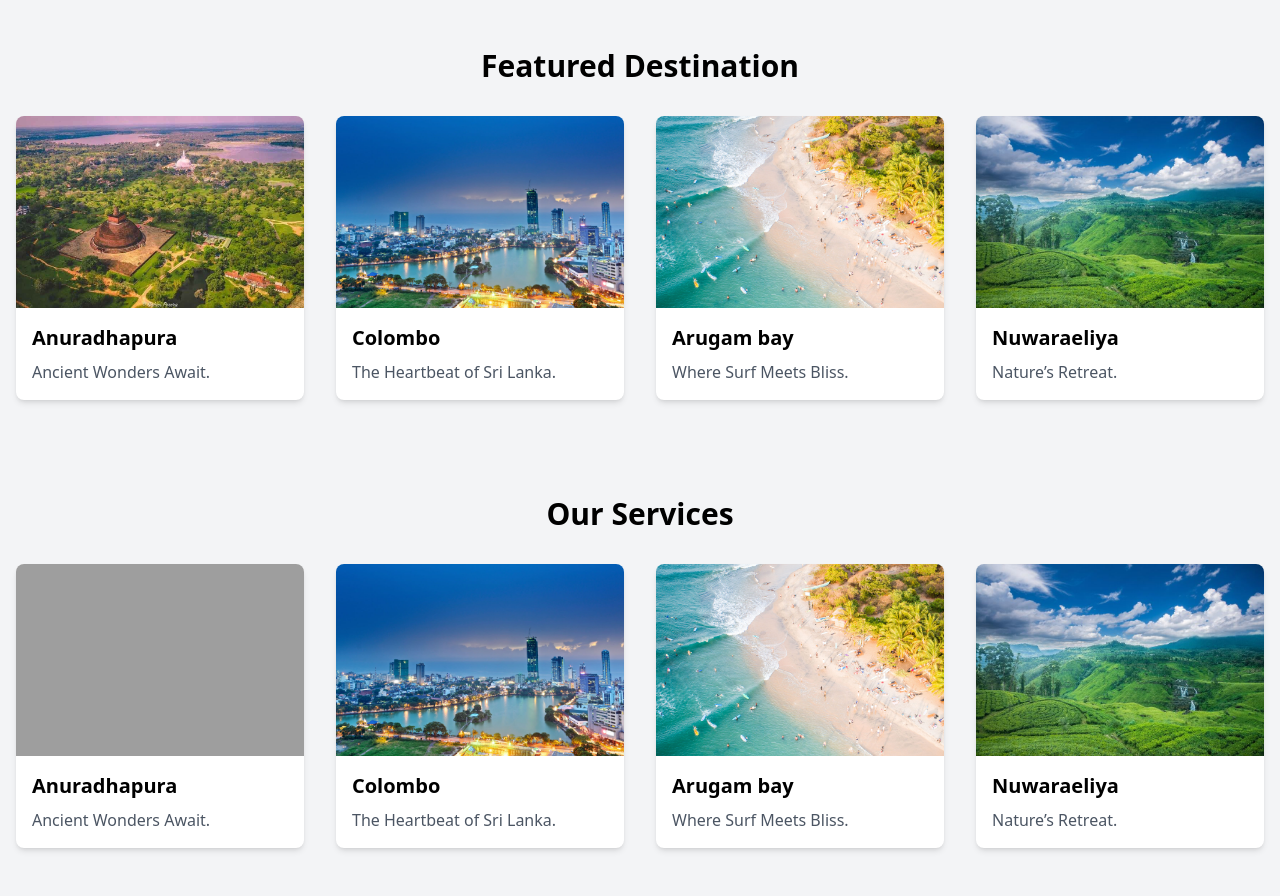
Repository: thisara199/Travel-Agency-Website
Page: /
An editor plug-in stored every save of this project. The page is shown before and after the next save, followed by the edit.
The browser window is 1280 px wide. The pictures show the part of the page from y = 720 to 1616 px (the page is 1616 px tall).
Pictures or frames that could not be fetched are drawn as grey boxes. The project was rebuilt for these pictures with package versions that can differ from the ones it lists, and the page was loaded fresh each time. Also part of the build but not shown: vite.config.js.

Above is the page before, as saved 2024-09-04 05:21:13.

### index.html
<!doctype html>
<html lang="en">
  <head>
    <meta charset="UTF-8" />
    <link rel="icon" type="image/svg+xml" href="/public/favicon-32x32.png" />
    <meta name="viewport" content="width=device-width, initial-scale=1.0" />
    <title>Travel Agency</title>
  </head>
  <body>
    <div id="root"></div>
    <script type="module" src="/src/main.jsx"></script>
  </body>
</html>

### src/App.jsx
import { BrowserRouter, Routes, Route } from 'react-router-dom'
import Home from './pages/Home'
import Navbar from './components/Navbar/Navbar'
const App = () => {
  return (
    <BrowserRouter>
    <Navbar />
       <Routes>
        <Route path='/' element={<Home />} />
       </Routes>
    </BrowserRouter>
  )
}

export default App

### src/pages/Home.jsx
import HeroSection from "../components/HeroSection/HeroSection"
import FeaturedDestination from "../components/FeaturedDestination/FeaturedDestination"
import Services from "../components/Services/Services"

const Home = () => {
  return (
    <div>
      <HeroSection />
      <FeaturedDestination />
      <Services />
    </div>
  )
}

export default Home

### src/components/Navbar/Navbar.jsx
import { FaBars, FaTimes } from "react-icons/fa"
import { Link } from "react-router-dom"
import { useState } from "react"


const Navbar = () => {
  const [isOpen, setIsOpen] = useState(false)
  return (
    <nav className="fixed top-0 left-0 right-0 z-10 m-4 bg-white shadow-lg">
      <div className="container flex items-center justify-between h-16 px-4">
        <h3 className="text-2xl font-bold">TravelCeylon.</h3>
        <div className="items-center hidden space-x-4 text-sm font-bold md:flex ">
          <Link to="/" className="px-6 py-2 hover:bg-gray-600 hover:text-white">Home</Link>
          <Link to="/about" className="px-6 py-2 hover:bg-gray-600 hover:text-white">About</Link>
          <Link to="/gallery" className="px-6 py-2 hover:bg-gray-600 hover:text-white">Gallery</Link>
          <Link to="/about" className="px-6 py-2 hover:bg-gray-600 hover:text-white">About</Link>
          <button className="px-6 py-2 text-white bg-gray-600 border rounded-full hover:scale-105 hover:bg-gray-500">Login</button>
        </div>
        <div className="md:hidden">
          <button onClick={() => setIsOpen(!isOpen)}>
            {isOpen ? <FaTimes /> : <FaBars />}
          </button>
        </div>
      </div>
      <div>
        {isOpen && (
           <div className="flex flex-col items-center pb-10 space-y-6 font-bold bg-white md:hidden">
           <Link to="/" className="px-6 py-2 hover:bg-gray-600 hover:text-white">Home</Link>
           <Link to="/about" className="px-6 py-2 hover:bg-gray-600 hover:text-white">About</Link>
           <Link to="/gallery" className="px-6 py-2 hover:bg-gray-600 hover:text-white">Gallery</Link>
           <Link to="/about" className="px-6 py-2 hover:bg-gray-600 hover:text-white">About</Link>
           <button className="px-6 py-2 text-white bg-gray-600 border rounded-full hover:scale-105 hover:bg-gray-500">Login</button>
         </div>
        )}
      </div>
    </nav>
  )
}

export default Navbar

### src/components/HeroSection/HeroSection.jsx
import Banner from "../../assets/HeroSection/Banner.png";

const HeroSection = () => {
  return (
    <div className="relative h-screen bg-center bg-cover" style={{ backgroundImage: `url(${Banner})` }}>
      <div className="absolute inset-0 flex flex-col items-center justify-center bg-black bg-opacity-50">
        <h1 className="justify-between mb-4 text-4xl font-bold text-center text-white md:text-6xl lg:text-8xl">Explore the Ceylon with Us</h1>
        <p className="mb-10 text-lg text-white md:text-2xl xl:text-4xl">Discover amazing places at exclusive deals</p>
        <button className="px-6 py-2 text-lg text-white transition duration-300 transform border rounded-full md:text-xl hover:bg-blue-500 hover:scale-105">Get Started</button>
      </div>
    </div>
  );
}

export default HeroSection;

### src/components/FeaturedDestination/FeaturedDestination.jsx
import Img1 from '../../assets/FeaturedDestination/Anuradhapura.jpg'
import Img2 from '../../assets/FeaturedDestination/Colombo.jpg'
import Img3 from '../../assets/FeaturedDestination/arugambay.jpg'
import Img4 from '../../assets/FeaturedDestination/Nuwaraeliya.jpeg'


const Destination = [
  {
    image: Img1,
    title: 'Anuradhapura',
    description: 'Ancient Wonders Await.',
  },
  {
    image: Img2,
    title: 'Colombo',
    description: 'The Heartbeat of Sri Lanka.',
  },
  {
    image: Img3,
    title: 'Arugam bay',
    description: 'Where Surf Meets Bliss.',
  },
  {
    image: Img4,
    title: 'Nuwaraeliya',
    description: 'Nature’s Retreat.',
  },
]

const FeaturedDestination = () => {
  return (
    <div className='py-12 bg-gray-100'>
      <div className='container px-4 mx-auto'>
        <h2 className='mb-8 text-3xl font-bold text-center'>Featured Destination</h2>
        <div className='grid gap-8 sm:grid-cols-2 lg:grid-cols-3 xl:grid-cols-4'>
          {Destination.map((destination) => (
            <div key={destination.title} className='overflow-hidden bg-white rounded-lg shadow-md cursor-pointer'>
              <img src={destination.image} alt={destination.title} className='object-cover w-full h-48 transition duration-300 transform hover:scale-110'/>
              <div className='p-4'>
              <h3 className='mb-2 text-xl font-bold'>{destination.title}</h3>
              <p className='text-gray-600'>{destination.description}</p>
              </div>
            </div>
          ))}
        </div>
      </div>
    </div>
  )
}

export default FeaturedDestination

### src/components/Services/Services.jsx
import Img1 from '../../assets/FeaturedDestination/Anuradhapura.jpg'
import Img2 from '../../assets/FeaturedDestination/Colombo.jpg'
import Img3 from '../../assets/FeaturedDestination/arugambay.jpg'
import Img4 from '../../assets/FeaturedDestination/Nuwaraeliya.jpeg'
import { FaPlane } from 'react-icons/fa'


const OurServices = [
  {
    icon: <FaPlane className='text-4xl text-blue-500' />,
    title: 'Anuradhapura',
    description: 'Ancient Wonders Await.',
  },
  {
    icon: Img2,
    title: 'Colombo',
    description: 'The Heartbeat of Sri Lanka.',
  },
  {
    icon: Img3,
    title: 'Arugam bay',
    description: 'Where Surf Meets Bliss.',
  },
  {
    icon: Img4,
    title: 'Nuwaraeliya',
    description: 'Nature’s Retreat.',
  },
]

const Services = () => {
  return (
    <div className='py-12 bg-gray-100'>
      <div className='container px-4 mx-auto'>
        <h2 className='mb-8 text-3xl font-bold text-center'>Our Services</h2>
        <div className='grid gap-8 sm:grid-cols-2 lg:grid-cols-3 xl:grid-cols-4'>
          {OurServices.map((OurServices) => (
            <div key={OurServices.title} className='overflow-hidden bg-white rounded-lg shadow-md cursor-pointer'>
              <img src={OurServices.icon} alt={OurServices.title} className='object-cover w-full h-48 transition duration-300 transform hover:scale-110'/>
              <div className='p-4'>
              <h3 className='mb-2 text-xl font-bold'>{OurServices.title}</h3>
              <p className='text-gray-600'>{OurServices.description}</p>
              </div>
            </div>
          ))}
        </div>
      </div>
    </div>
  )
}

export default Services

Loaded but not shown: src/main.jsx (common file); src/index.css (common file); tailwind.config.js (common file)

After the next save:
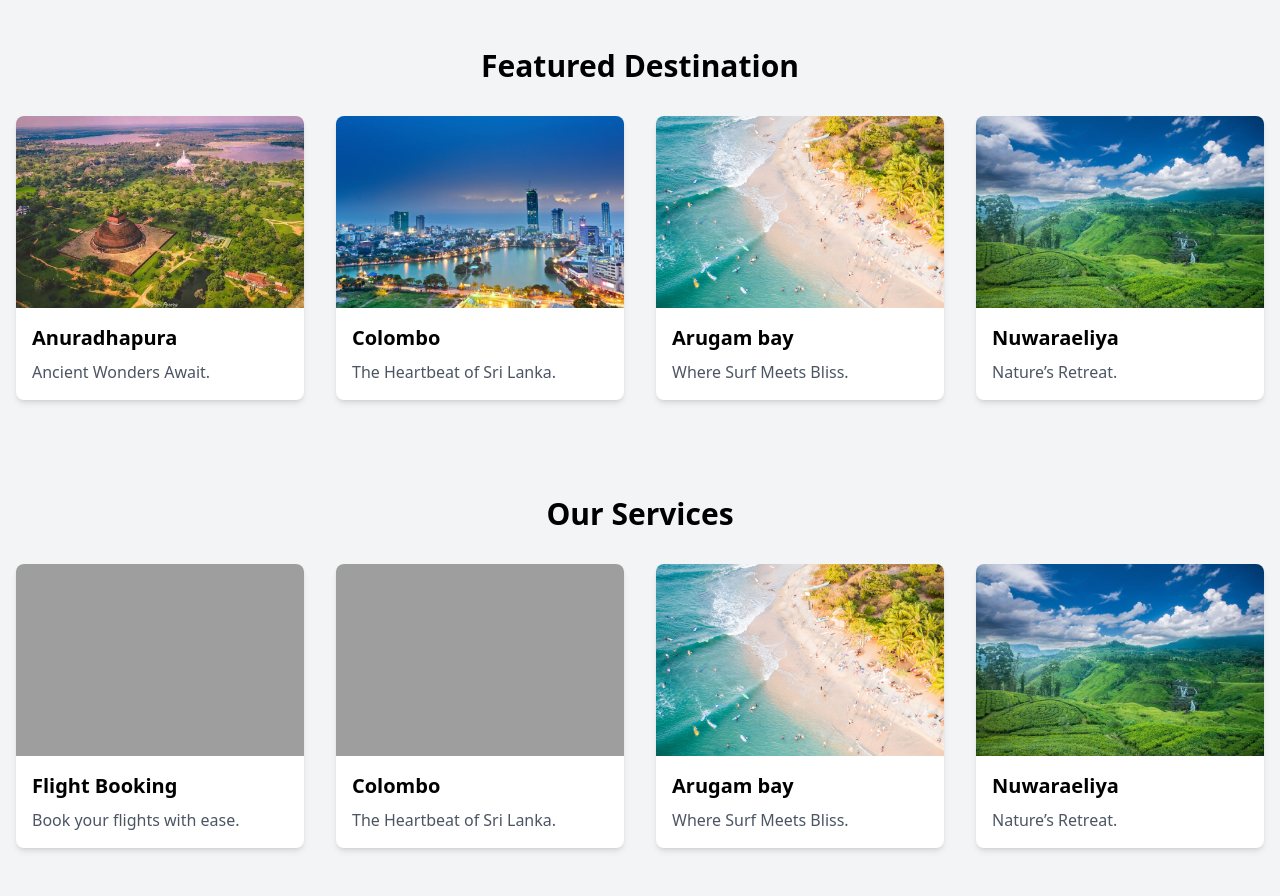
Saved 39 s later.
--- a/src/components/Services/Services.jsx
+++ b/src/components/Services/Services.jsx
@@ -2,17 +2,17 @@ import Img1 from '../../assets/FeaturedDestination/Anuradhapura.jpg'
 import Img2 from '../../assets/FeaturedDestination/Colombo.jpg'
 import Img3 from '../../assets/FeaturedDestination/arugambay.jpg'
 import Img4 from '../../assets/FeaturedDestination/Nuwaraeliya.jpeg'
-import { FaPlane } from 'react-icons/fa'
+import { FaHotel, FaPlane } from 'react-icons/fa'
 
 
 const OurServices = [
   {
     icon: <FaPlane className='text-4xl text-blue-500' />,
-    title: 'Anuradhapura',
-    description: 'Ancient Wonders Await.',
+    title: 'Flight Booking',
+    description: 'Book your flights with ease.',
   },
   {
-    icon: Img2,
+    icon: <FaHotel className='text-4xl text-blue-500' />,
     title: 'Colombo',
     description: 'The Heartbeat of Sri Lanka.',
   },
